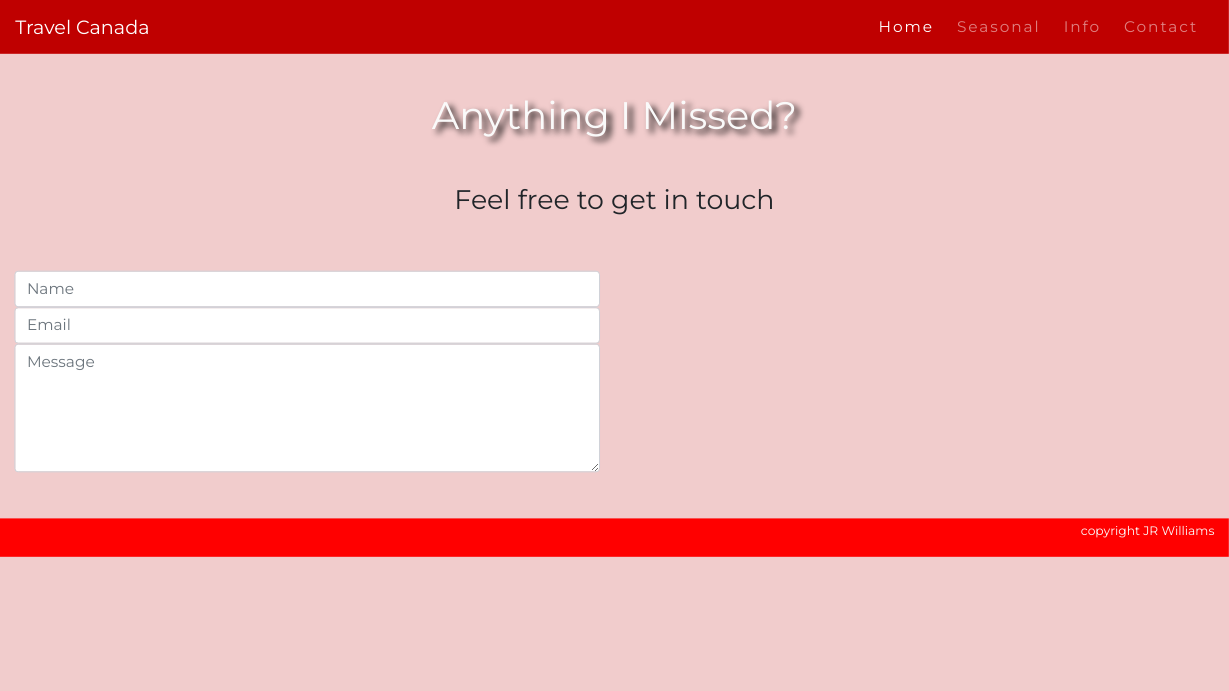
Repository: JonWil91/Travel-Canada
Page: contact.html
The author's editor kept a record of every edit. The page is drawn from the files as they stood at one moment, then again after the next edit.
The browser window is 1280 px wide. The pictures show the whole page, at 96% of full size.
Some web libraries are served in a nearby version.

Above is the page before.

After the next edit:
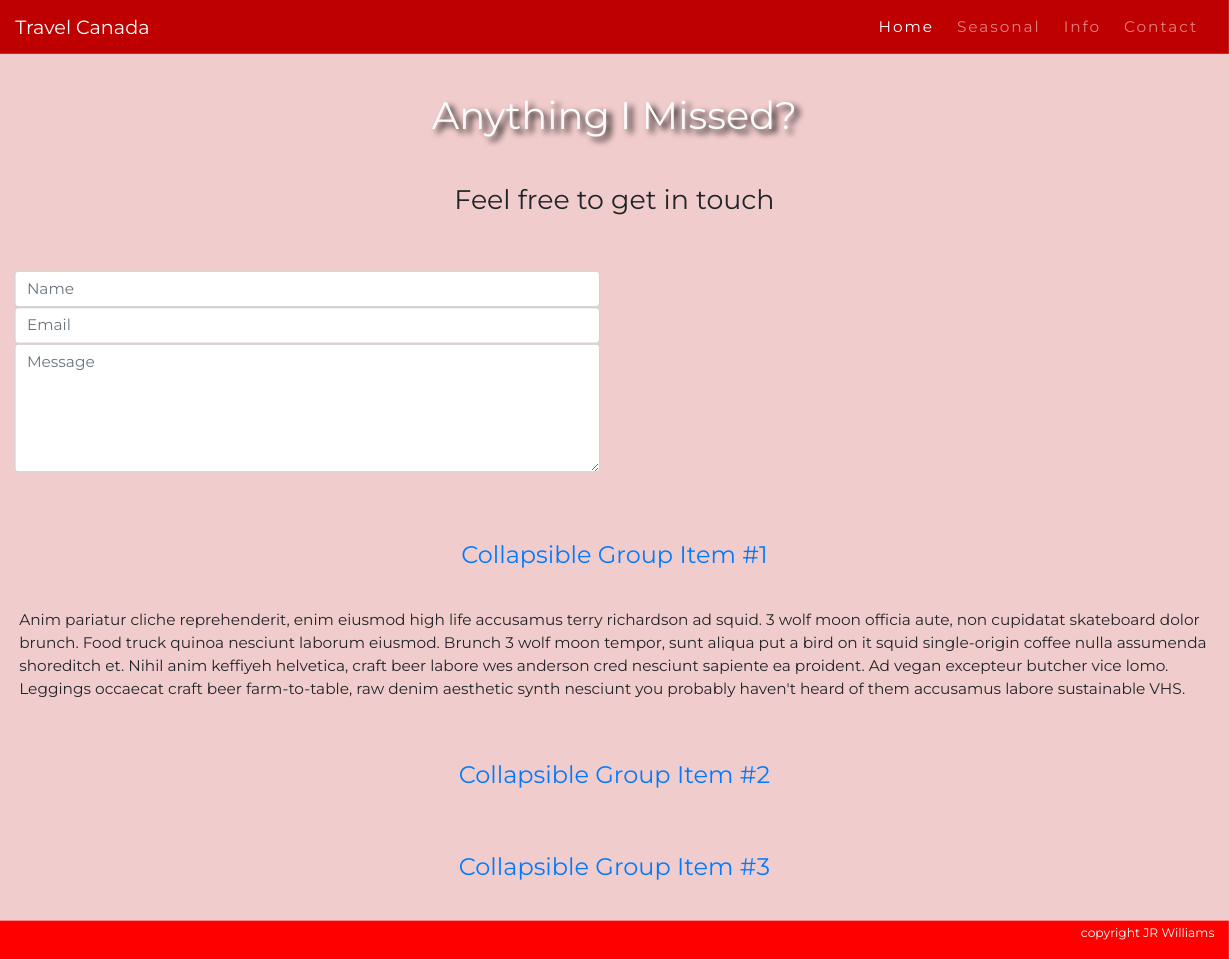
The edit:
--- a/contact.html
+++ b/contact.html
@@ -72,7 +72,57 @@
         <!-- /contact form -->
 
 
+        <div class="accordion" id="accordionExample">
+            <div class="card">
+                <div class="card-header" id="headingOne">
+                    <h2 class="mb-0">
+                        <button class="btn btn-link" type="button" data-toggle="collapse" data-target="#collapseOne" aria-expanded="true" aria-controls="collapseOne">
+          Collapsible Group Item #1
+        </button>
+                    </h2>
+                </div>
 
+                <div id="collapseOne" class="collapse show" aria-labelledby="headingOne" data-parent="#accordionExample">
+                    <div class="card-body">
+                        Anim pariatur cliche reprehenderit, enim eiusmod high life accusamus terry richardson ad squid. 3 wolf moon officia aute, non cupidatat skateboard dolor brunch. Food truck quinoa nesciunt laborum eiusmod. Brunch 3 wolf moon tempor, sunt aliqua put a bird
+                        on it squid single-origin coffee nulla assumenda shoreditch et. Nihil anim keffiyeh helvetica, craft beer labore wes anderson cred nesciunt sapiente ea proident. Ad vegan excepteur butcher vice lomo. Leggings occaecat craft beer
+                        farm-to-table, raw denim aesthetic synth nesciunt you probably haven't heard of them accusamus labore sustainable VHS.
+                    </div>
+                </div>
+            </div>
+            <div class="card">
+                <div class="card-header" id="headingTwo">
+                    <h2 class="mb-0">
+                        <button class="btn btn-link collapsed" type="button" data-toggle="collapse" data-target="#collapseTwo" aria-expanded="false" aria-controls="collapseTwo">
+          Collapsible Group Item #2
+        </button>
+                    </h2>
+                </div>
+                <div id="collapseTwo" class="collapse" aria-labelledby="headingTwo" data-parent="#accordionExample">
+                    <div class="card-body">
+                        Anim pariatur cliche reprehenderit, enim eiusmod high life accusamus terry richardson ad squid. 3 wolf moon officia aute, non cupidatat skateboard dolor brunch. Food truck quinoa nesciunt laborum eiusmod. Brunch 3 wolf moon tempor, sunt aliqua put a bird
+                        on it squid single-origin coffee nulla assumenda shoreditch et. Nihil anim keffiyeh helvetica, craft beer labore wes anderson cred nesciunt sapiente ea proident. Ad vegan excepteur butcher vice lomo. Leggings occaecat craft beer
+                        farm-to-table, raw denim aesthetic synth nesciunt you probably haven't heard of them accusamus labore sustainable VHS.
+                    </div>
+                </div>
+            </div>
+            <div class="card">
+                <div class="card-header" id="headingThree">
+                    <h2 class="mb-0">
+                        <button class="btn btn-link collapsed" type="button" data-toggle="collapse" data-target="#collapseThree" aria-expanded="false" aria-controls="collapseThree">
+          Collapsible Group Item #3
+        </button>
+                    </h2>
+                </div>
+                <div id="collapseThree" class="collapse" aria-labelledby="headingThree" data-parent="#accordionExample">
+                    <div class="card-body">
+                        Anim pariatur cliche reprehenderit, enim eiusmod high life accusamus terry richardson ad squid. 3 wolf moon officia aute, non cupidatat skateboard dolor brunch. Food truck quinoa nesciunt laborum eiusmod. Brunch 3 wolf moon tempor, sunt aliqua put a bird
+                        on it squid single-origin coffee nulla assumenda shoreditch et. Nihil anim keffiyeh helvetica, craft beer labore wes anderson cred nesciunt sapiente ea proident. Ad vegan excepteur butcher vice lomo. Leggings occaecat craft beer
+                        farm-to-table, raw denim aesthetic synth nesciunt you probably haven't heard of them accusamus labore sustainable VHS.
+                    </div>
+                </div>
+            </div>
+        </div>
 
 
 
